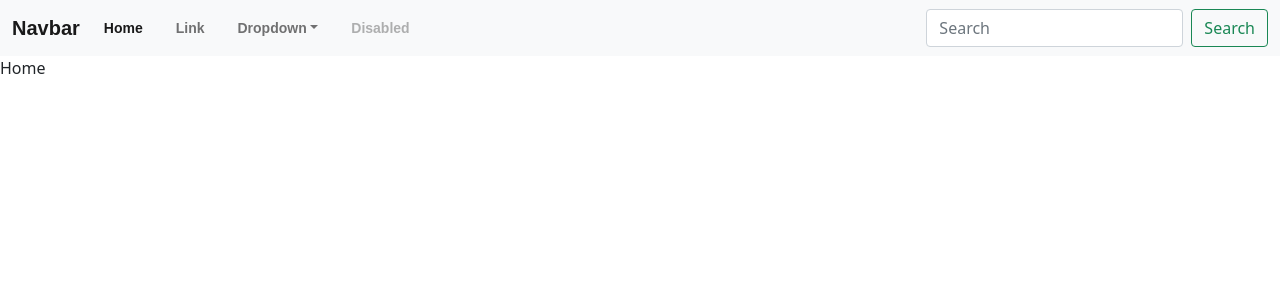
Repository: SaudCh/React-Ecommerce
Page: /
An editor plug-in stored every save of this project. The page is shown before and after the next save, followed by the edit.
The browser window is 1280 px wide. The pictures show the whole page.
The project was rebuilt for these pictures with package versions that can differ from the ones it lists, and the page was loaded fresh each time. Also part of the build but not shown: src/App.css.

Above is the page before, as saved 2021-12-05 11:42:41.

### src/Header/Header.jsx
import React from "react";
import { Link } from "react-router-dom";
import "./Header.css";

export default function Header() {
  return (
    <nav class="navbar navbar-expand-lg navbar-light bg-light">
      <div class="container-fluid">
        <Link class="navbar-brand" href="#">
          Navbar
        </Link>

        <button
          class="navbar-toggler"
          type="button"
          data-bs-toggle="collapse"
          data-bs-target="#navbarSupportedContent"
          aria-controls="navbarSupportedContent"
          aria-expanded="false"
          aria-label="Toggle navigation"
        >
          <span class="navbar-toggler-icon"></span>
        </button>
        <div class="collapse navbar-collapse" id="navbarSupportedContent">
          <ul class="navbar-nav me-auto mb-2 mb-lg-0">
            <li class="nav-item">
              <Link class="nav-link active" aria-current="page" to="#">
                Home
              </Link>
            </li>
            <li class="nav-item">
              <Link class="nav-link" to="#">
                Link
              </Link>
            </li>
            <li class="nav-item dropdown">
              <Link
                class="nav-link dropdown-toggle"
                to="#"
                id="navbarDropdown"
                role="button"
                data-bs-toggle="dropdown"
                aria-expanded="false"
              >
                Dropdown
              </Link>
              <ul class="dropdown-menu" aria-labelledby="navbarDropdown">
                <li>
                  <Link class="dropdown-item" to="#">
                    Action
                  </Link>
                </li>
                <li>
                  <Link class="dropdown-item" to="#">
                    Another action
                  </Link>
                </li>
                <li>
                  <hr class="dropdown-divider" />
                </li>
                <li>
                  <Link class="dropdown-item" to="#">
                    Something else here
                  </Link>
                </li>
              </ul>
            </li>
            <li class="nav-item">
              <Link
                class="nav-link disabled"
                to="#"
                tabindex="-1"
                aria-disabled="true"
              >
                Disabled
              </Link>
            </li>
          </ul>
          <form class="d-flex">
            <input
              class="form-control me-2"
              type="search"
              placeholder="Search"
              aria-label="Search"
            />
            <button class="btn btn-outline-success" type="submit">
              Search
            </button>
          </form>
        </div>
      </div>
    </nav>
  );
}

Loaded but not shown: public/index.html (common file); src/index.js (common file); src/reportWebVitals.js (common file); src/App.js (19 lines, source omitted); src/Header/Header.css (3512 lines, source omitted)

After the next save:
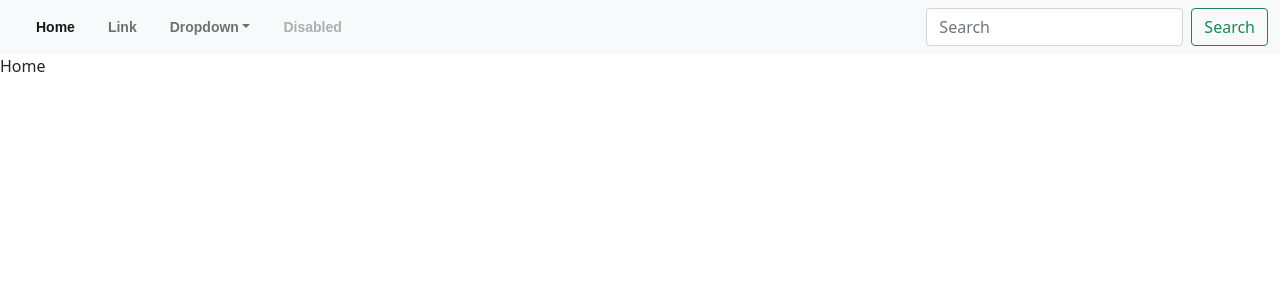
Saved 10 s later.
--- a/src/Header/Header.jsx
+++ b/src/Header/Header.jsx
@@ -6,9 +6,7 @@ export default function Header() {
   return (
     <nav class="navbar navbar-expand-lg navbar-light bg-light">
       <div class="container-fluid">
-        <Link class="navbar-brand" href="#">
-          Navbar
-        </Link>
+        <Link class="navbar-brand" href="#"></Link>
 
         <button
           class="navbar-toggler"
